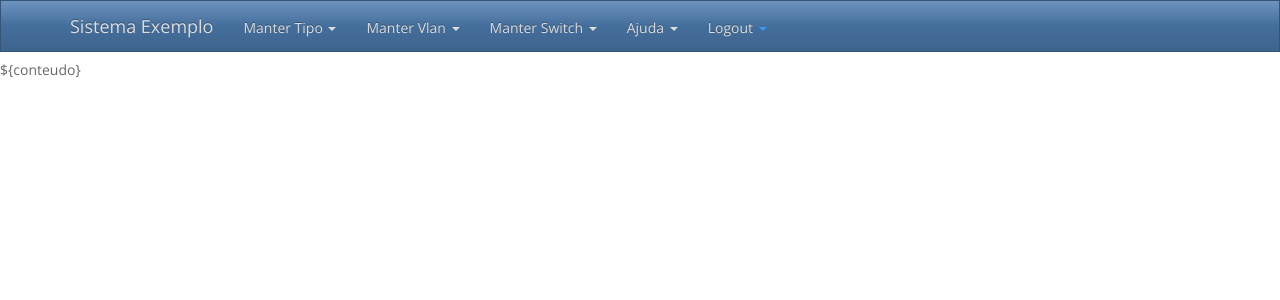
Repository: WilliamEstrela/trabalho1VA-PROG4
Page: CRUDLanManagerV5/WebContent/page.html
These files come from the project's save history. The page is drawn as it stood at one moment and after the next save; the edit follows.
The browser window is 1280 px wide. The pictures show the whole page.

Above is the page before, as saved 2019-09-05 03:13:36.

### CRUDLanManagerV5/WebContent/page.html
<!DOCTYPE html>
<html>
  <head>
    <title>Bootstrap 101 Template</title>
    <meta name="viewport" content="width=device-width, initial-scale=1.0">
    <!-- Bootstrap -->
    <link href="${contextPath}/bootstrap/dist/css/bootstrap.min.css" rel="stylesheet" media="screen">
    <link href="${contextPath}/bootstrap/my.css" rel="stylesheet" media="screen">

    <!-- HTML5 shim and Respond.js IE8 support of HTML5 elements and media queries -->
    <!--[if lt IE 9]>
      <script src="${contextPath}/bootstrap/assets/js/html5shiv.js"></script>
      <script src="${contextPath}/bootstrap/assets/js/respond.min.js"></script>
    <![endif]-->
  </head>
  <body>
  <div class="navbar navbar-inverse navbar-fixed-top">
                <div class="container">
                  <div class="navbar-header">
                    <button type="button" class="navbar-toggle" data-toggle="collapse" data-target=".navbar-inverse-collapse">
                      <span class="icon-bar"></span>
                      <span class="icon-bar"></span>
                      <span class="icon-bar"></span>
                    </button>
                    <a class="navbar-brand" href="${contextPath}">Sistema Exemplo</a>
                  </div>
                  <div class="navbar-collapse collapse navbar-inverse-collapse">
                    <ul class="nav navbar-nav">
                      <li class="dropdown">
                        <a href="#" class="dropdown-toggle" data-toggle="dropdown">Manter Tipo <b class="caret"></b></a>
                        <ul class="dropdown-menu">
                          <li><a href="${contextPath}/sistema?casoDeUso=manterTipo&acao=listarTodos">Listar todos</a></li>
                          <li><a href="${contextPath}/sistema?casoDeUso=manterTipo&acao=novo">Novo</a></li>
                          <li><a href="${contextPath}/sistema?casoDeUso=manterTipo&acao=index">Inicio</a></li>
                        </ul>
                      </li>
                      <li class="divider"></li>
                      <li class="dropdown">
                        <a href="#" class="dropdown-toggle" data-toggle="dropdown">Manter Vlan <b class="caret"></b></a>
                        <ul class="dropdown-menu">
                          <li><a href="${contextPath}/sistema?casoDeUso=manterVlan&acao=procurar">Procurar</a></li>
                          <li><a href="${contextPath}/sistema?casoDeUso=manterVlan&acao=listarTodos">Listar todos</a></li>
                          <li><a href="${contextPath}/sistema?casoDeUso=manterVlan&acao=novo">Novo</a></li>
                          <li><a href="${contextPath}/sistema?casoDeUso=manterVlan&acao=index">Inicio</a></li>
                        </ul>
                      </li>
                      <li class="dropdown">
                        <a href="#" class="dropdown-toggle" data-toggle="dropdown">Manter Switch <b class="caret"></b></a>
                        <ul class="dropdown-menu">
                        <li><a href="${contextPath}/sistema?casoDeUso=manterSwitch&acao=procurar">Procurar</a></li>
                          <li><a href="${contextPath}/sistema?casoDeUso=manterSwitch&acao=listarTodos">Listar todos</a></li>
                          <li><a href="${contextPath}/sistema?casoDeUso=manterSwitch&acao=novo">Novo</a></li>
                          <li><a href="${contextPath}/sistema?casoDeUso=manterSwitch&acao=index">Inicio</a></li>
                        </ul>
                      </li>
                      <li class="dropdown">
                        <a href="#" class="dropdown-toggle" data-toggle="dropdown">Ajuda <b class="caret"></b></a>
                        <ul class="dropdown-menu">
                          <li><a href="${contextPath}/sistema?casoDeUso=pagina&acao=sobre">Sobre</a></li>
                        </ul>
                      </li>
                      <li >
                        <a href="${contextPath}/sistema?casoDeUso=autenticar&acao=logout">Logout <b class="caret"></b></a>
                      </li>
                    </ul>
                  </div><!-- /.nav-collapse -->
                </div><!-- /.container -->
              </div>

	${conteudo}


 <!-- jQuery (necessary for Bootstrap's JavaScript plugins) -->
    <script src="${contextPath}/bootstrap/dist/js/jquery.min.js"></script>
    <!-- Include all compiled plugins (below), or include individual files as needed -->
    <script src="${contextPath}/bootstrap/dist/js/bootstrap.min.js"></script>
  </body>
</html>

### CRUDLanManagerV5/WebContent/bootstrap/my.css
@CHARSET "ISO-8859-1";
body { padding-top: 60px; }

Loaded but not shown: CRUDLanManagerV5/WebContent/bootstrap/dist/css/bootstrap.min.css (library); CRUDLanManagerV5/WebContent/bootstrap/dist/js/jquery.min.js (library); CRUDLanManagerV5/WebContent/bootstrap/dist/js/bootstrap.min.js (library)

After the next save:
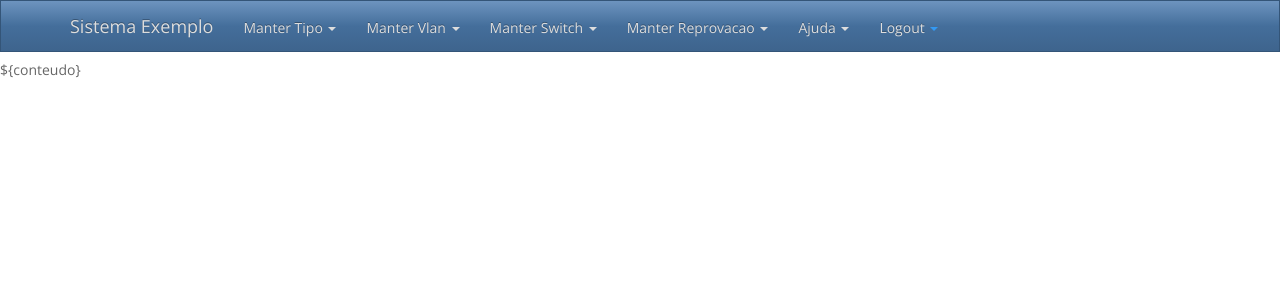
Saved 2 min 20 s later.
--- a/CRUDLanManagerV5/WebContent/page.html
+++ b/CRUDLanManagerV5/WebContent/page.html
@@ -53,6 +53,15 @@
                           <li><a href="${contextPath}/sistema?casoDeUso=manterSwitch&acao=index">Inicio</a></li>
                         </ul>
                       </li>
+                                            <li class="dropdown">
+                        <a href="#" class="dropdown-toggle" data-toggle="dropdown">Manter Reprovacao <b class="caret"></b></a>
+                        <ul class="dropdown-menu">
+                        <li><a href="${contextPath}/sistema?casoDeUso=manterReprovacao&acao=procurar">Procurar</a></li>
+                          <li><a href="${contextPath}/sistema?casoDeUso=manterReprovacao&acao=listarTodos">Listar todos</a></li>
+                          <li><a href="${contextPath}/sistema?casoDeUso=manterReprovacao&acao=novo">Novo</a></li>
+                          <li><a href="${contextPath}/sistema?casoDeUso=manterReprovacao&acao=index">Inicio</a></li>
+                        </ul>
+                      </li>
                       <li class="dropdown">
                         <a href="#" class="dropdown-toggle" data-toggle="dropdown">Ajuda <b class="caret"></b></a>
                         <ul class="dropdown-menu">
